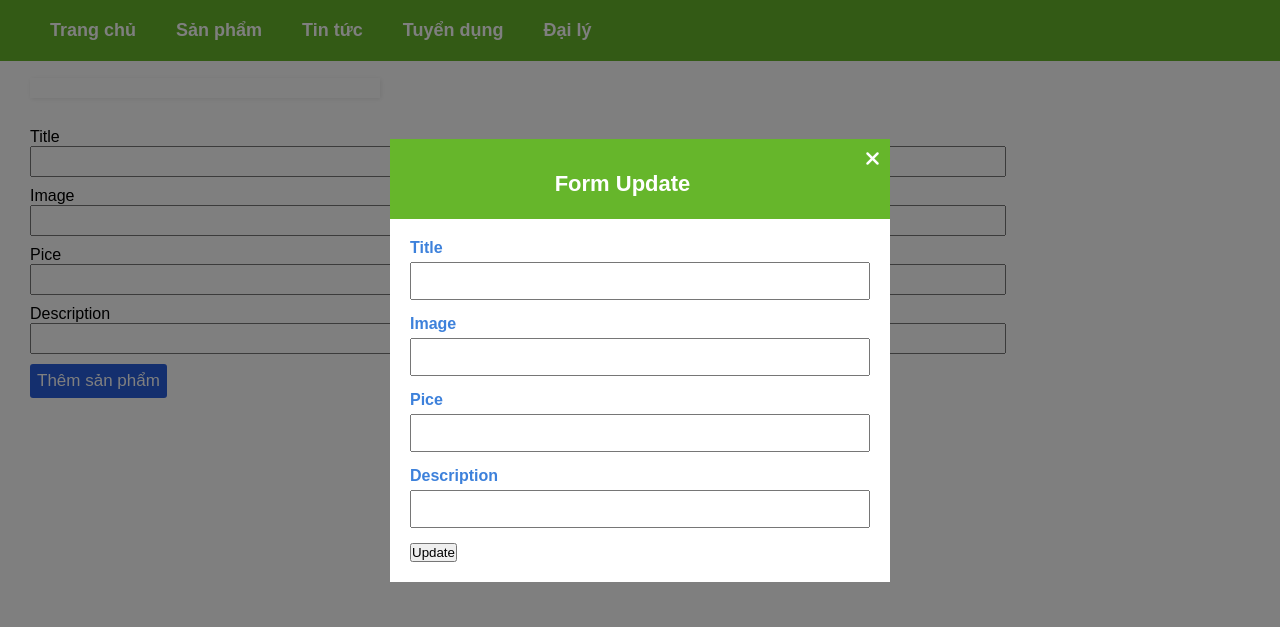
Repository: Ngoc28/CURD_HTML-CSS_JS_JSON
Page: index.html
An editor plug-in stored every save of this project. The page is shown before and after the next save, followed by the edit.
The browser window is 1280 px wide. The pictures show the whole page.
The page's requests for data from a server got no answer.

Above is the page before, as saved 2023-04-11 09:55:25.

### index.html
<!DOCTYPE html>
<html lang="en">
<head>
    <meta charset="UTF-8">
    <meta http-equiv="X-UA-Compatible" content="IE=edge">
    <meta name="viewport" content="width=device-width, initial-scale=1.0">
    <title>CURD Cơ bản</title>
    <link rel="stylesheet" href="https://cdnjs.cloudflare.com/ajax/libs/font-awesome/6.4.0/css/all.min.css" integrity="sha512-iecdLmaskl7CVkqkXNQ/ZH/XLlvWZOJyj7Yy7tcenmpD1ypASozpmT/E0iPtmFIB46ZmdtAc9eNBvH0H/ZpiBw==" crossorigin="anonymous" referrerpolicy="no-referrer" />
    <link rel="stylesheet" href="./asset/css/style.css">
</head>
<body>
    <header class="header-menu">
        <ul class="list-menu">
            <li class="item-menu"><a href="">Trang chủ</a></li>
            <li class="item-menu"><a href="">Sản phẩm</a></li>
            <li class="item-menu"><a href="">Tin tức</a></li>
            <li class="item-menu"><a href="">Tuyển dụng</a></li>
            <li class="item-menu"><a href="">Đại lý</a></li>
        </ul>
    </header>
    <div class="main">
        <div class="title-product">
            <h2 class="title">Sản phẩm của chúng tôi</h2>
        </div>
        <div class="products">
            <div class="product">
                <!-- <h3 class="product-name">Coca-Cola</h3>
                <img src="https://cdn.tgdd.vn/Products/Images/2947/190310/bhx/sua-trai-cay-nutriboost-huong-cam-297ml-202202122134380628.jpg" alt="" class="product-img">
                <spam class="product-price">18.000</spam>
                <span class="product-description">Nutriboost là thức uống dinh dưỡng kết hợp sữa và nước trái cây thơm ngon, giúp bạn luôn tràn năng lượng cho một ngày làm việc hiệu quả.</span> -->
            </div>
        </div>
    </div>
    <div class="form">
        <div class="form-1">
            <label for="">Title</label>
            <input type="text" name="title">
        </div>
        <div class="form-1">
            <label for="">Image</label>
            <input type="text" name="image">
        </div>
        <div class="form-1">
            <label for="">Pice</label>
            <input type="text" name="price">
        </div>
        <div class="form-1">
            <label for="">Description</label>
            <input type="text" name="description">
        </div>
        <button type="submit" id="create">Thêm sản phẩm</button>
    </div>

    <!-- formUpdate -->
    <div class="formUpdate">
        <div class="modal">
            <header>
                <i class="update-icon fa-solid fa-xmark"></i>
                <h1>
                    Form Update
                </h1>
            </header>
            <div class="modal-body">
                <div class="form-2">
                    <label for="">Title</label>
                    <input type="text" name="title">
                </div>
                <div class="form-2">
                    <label for="">Image</label>
                    <input type="text" name="image">
                </div>
                <div class="form-2">
                    <label for="">Pice</label>
                    <input type="text" name="price">
                </div>
                <div class="form-2">
                    <label for="">Description</label>
                    <input type="text" name="description">
                </div>
                <button type="submit" id="update">Update</button>
            </div>
        </div>
    </div>
    <script src="/script.js"></script>
</body>
</html>

### asset/css/style.css
*{
    padding: 0;
    margin: 0;
    box-sizing: border-box;
}

body {
    font-family: Arial, Helvetica, sans-serif;
}

.header-menu {
    position: fixed;
    top: 0;
    left: 0;
    right: 0;
    background-color: #66b62b;
    font-size: 18px;
    font-weight: 600;
}

.list-menu {
    display: flex;
    margin: 0 30px;
}

.item-menu {
    list-style: none;
}

.item-menu a {
    padding: 20px;
    display: block;
    text-decoration: none;
    color: #fff;
}

.item-menu a:hover {
    background-color: #ffd400;
    display: block;
}

/* Product */
.main {
    margin: 30px 30px 10px 30px;
}

.title-product {
    margin-bottom: 20px;
}


.title-product .title {
    text-align: center;
    color: #d72b27;
}

.products {
    display: flex;
    justify-content: space-between;
    flex-wrap: wrap;
}

.product {
    width: 350px;
    cursor: pointer;
    box-shadow: 1px 1px 5px   rgba(0, 0, 0, 0.09);
    margin-bottom: 20px;
    padding: 10px;
}


.product h3:hover {
    color: #d72b27;
}


.product-name {
    text-align: center;
}

.product-img {
    width: 100%;
    object-fit: cover;
}


.product .product-price:hover {
    color: #66b62b;
}

.product-price {
    color: #d72b27;
    margin: 10px 10px 6px;
    display: flex;
    justify-content: center;
    font-weight: 600;
}

.product-description {
    font-size: 15px;
    font-weight: 400;
    line-height: 20px;
    height: 40px;
    margin: 10px 10px 6px;
    overflow: hidden;
    display: block;
    display: -webkit-box;
    -webkit-box-orient: vertical;
    -webkit-line-clamp: 2;
}


.btn {
    display: flex;
    justify-content: center;
}


.delete-btn{
    margin-right: 10px;
}

.update-btn,
.delete-btn {
    padding: 8px;
    background-color: #66b62b;
    color: #fff;
    font-size: 15px;
    border: none;
    border-radius: 3px;
}

.update-btn:hover,
.delete-btn:hover {
    background-color: #336013;
}

/* Form */
.form {
    margin: 0 30px;

}

.form-1{
    margin-bottom: 10px;
}

.form-1 label {
    display: block;
    font-size: 16px;
    width: 90px;
}

.form-1 input {
    padding: 5px;
    font-size: 15px;
    width: 80%;
}

.form button {
    padding: 7px;
    background-color: #295fdd;
    color: #fff;
    font-size: 17px;
    border: none;
    border-radius: 3px;
}

.form button:hover {
    background-color: #172e62;
}

/* FormUpdate */

.formUpdate {
    position:fixed;
    top: 0;
    right: 0;
    bottom: 0;
    left: 0;
    background-color: rgba(0, 0, 0, 0.5);
    display: flex;
    align-items: center;
    justify-content: center;
}

.modal {
    background-color: #fff;
}

.modal header {
    background-color: #66b62b;
    color: #fff;
    height: 80px;
    width: 500px;
}

.modal h1 {
    line-height: 90px;
    text-align: center;
    font-size: 22px;
}

.modal .update-icon {
    float: right;
    padding: 10px;
    font-size: 20px;
    color: #fff;
}

.modal .update-icon:hover {
    color: #d72b27;
}

.modal-body {
    padding: 20px;
}

.form-2 {
    margin-bottom: 15px;
}

.form-2 label {
    display: block;
    margin-bottom: 5px;
    font-size: 16px;
    font-weight: 600;
    color: #3d81db;
}

.form-2 input {
    width: 100%;
    padding: 8px;
    font-size: 16px;
}

### script.js
let productsApi = 'http://localhost:3000/products';

function start() {
    getProducts(renderProducts);

    handleCreateForm()
}

start();

//lay ra san pham

function getProducts(callback) {

    fetch(productsApi)
    .then(function(response) {
        return response.json();
    })
    .then(callback);
}

function createProduct(data, callback) {
    var options = {
        method: 'POST',
        body: JSON.stringify(data),
        headers: {
            "Content-Type": "application/json",
            // 'Content-Type': 'application/x-www-form-urlencoded',
          }
    };
    fetch(productsApi, options)
        .then(function(response) {
            response.json();
        })
        .then(callback);

}

function handleDeleteProduct(id) {
    var options = {
        method: 'DELETE',
        headers: {
            "Content-Type": "application/json",
            // 'Content-Type': 'application/x-www-form-urlencoded',
          }
    };
    fetch(productsApi + '/' + id, options)
        .then(function(response) {
            response.json();
        })
        .then(function() {
           var productItem = document.querySelector('.product-item-' + id);
           if(productItem) {
            productItem.remove();
           }
        });
}


//show du lieu ra man hinh
function renderProducts(products) {
    var listProducts = document.querySelector('.products');

    var htmls = products.map(function(product) {
        return `
        <div class="product product-item-${product.id}">
            <h3 class="product-name">${product.title}</h3>
            <img src="${product.image}" class="product-img">
            <spam class="product-price">${product.price}đ</spam>
            <span class="product-description">${product.description}</span>
            <div class="btn">
                <button onclick="handleDeleteProduct(${product.id})" class="delete-btn">Delete</button>
                <button onclick="UpdateProduct()" class="update-btn">Update</button>
            </div>
        </div>`

    })

    listProducts.innerHTML = htmls.join('');
}

function handleCreateForm() {
    var createBtn = document.querySelector('#create');

    createBtn.onclick = function() {
        var title = document.querySelector('input[name="title"]').value;
        var image = document.querySelector('input[name="image"]').value;
        var price = document.querySelector('input[name="price"]').value;
        var description = document.querySelector('input[name="description"]').value;

        var formData = {
            title: title,
            image: image,
            price: price,
            description: description
        }

        createProduct(formData, function() {
            getProducts(renderProducts);
        });

    }
}

After the next save:
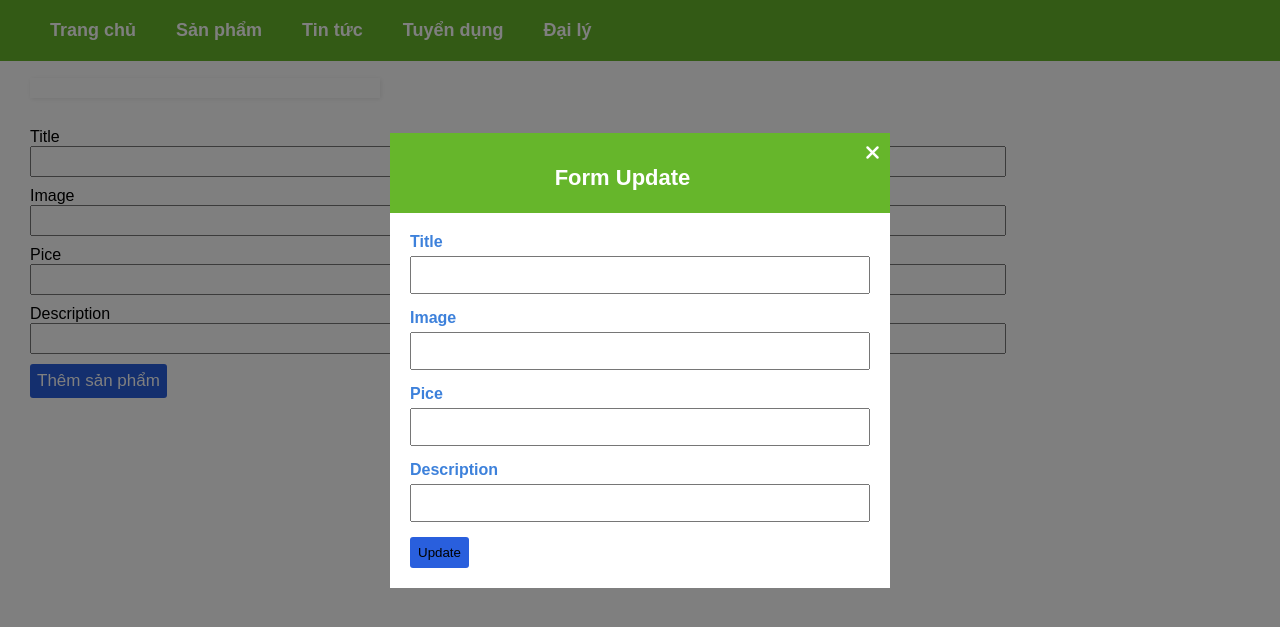
Saved 66 s later.
--- a/asset/css/style.css
+++ b/asset/css/style.css
@@ -233,3 +233,10 @@ body {
     padding: 8px;
     font-size: 16px;
 }
+
+.modal-body button {
+    padding: 8px;
+    background-color: #295fdd;
+    border: none;
+    border-radius: 3px;
+}
